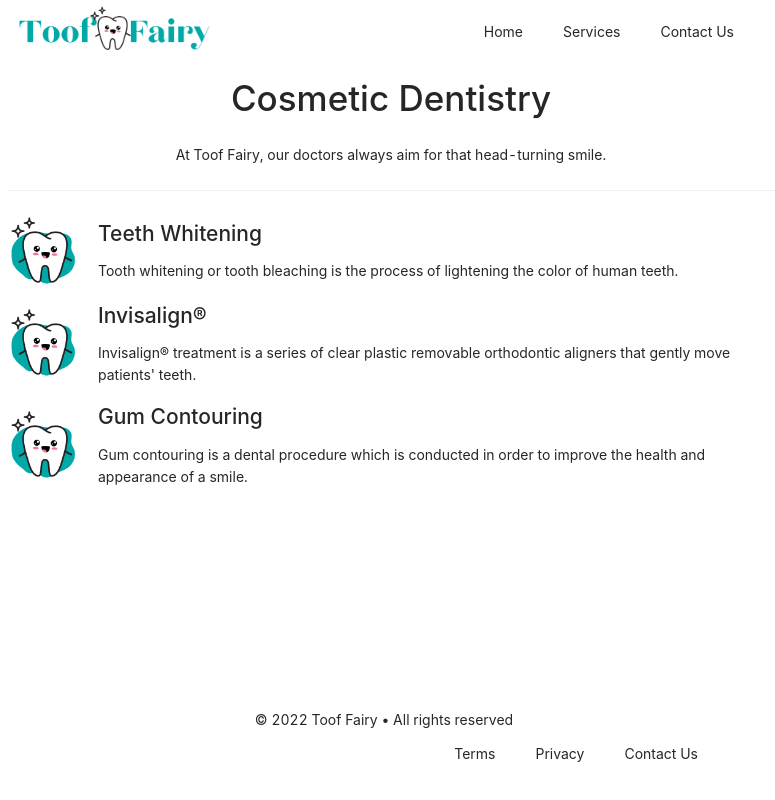
Repository: neldad1/dentist-app
Page: /cosmetic
An editor plug-in stored every save of this project. The page is shown before and after the next save, followed by the edit.
The browser window is 768 px wide. The page is 775 px wide, so the pictures cover 775 px, including what lies to the right of the window. The pictures show the whole page.
The project was rebuilt for these pictures with package versions that can differ from the ones it lists, and the page was loaded fresh each time. Also part of the build but not shown: src/components/Home.jsx, src/components/Contact.jsx, src/components/Services/Restorative.jsx, src/components/Services/Preventative.jsx, src/components/Footer/Terms.jsx, src/components/Footer/Privacy.jsx.

Above is the page before, as saved 2022-03-10 14:38:02.

After the next save:
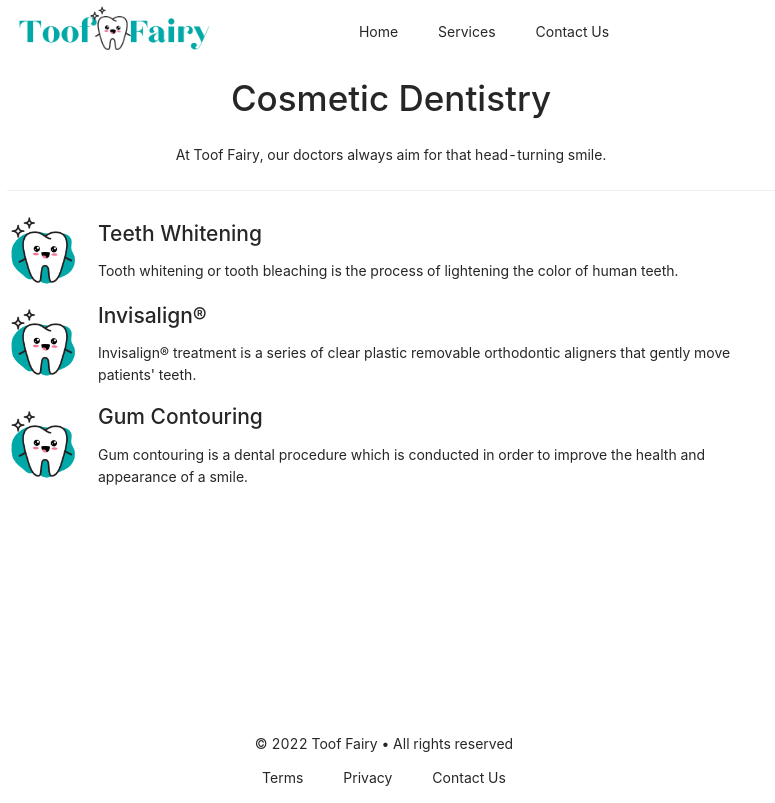
Saved 2 min 47 s later.
--- a/src/App.css
+++ b/src/App.css
@@ -96,5 +96,9 @@ h1 {
   }
   .footer {
     display: block;
+    padding: 1em 0 0 0;
+  }
+  .menu {
+    justify-content: center;
   }
 }
